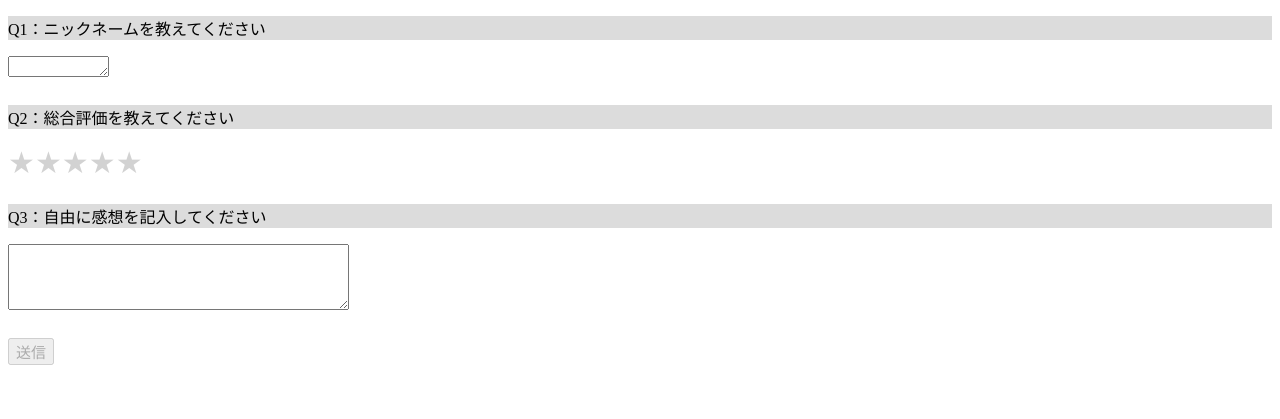
Repository: mikumiura/intern-chatbot
Page: templates/first-page.html
An editor plug-in stored every save of this project. The page is shown before and after the next save, followed by the edit.
The browser window is 1280 px wide. The pictures show the whole page.

Above is the page before, as saved 2022-08-25 07:58:29.

After the next save:
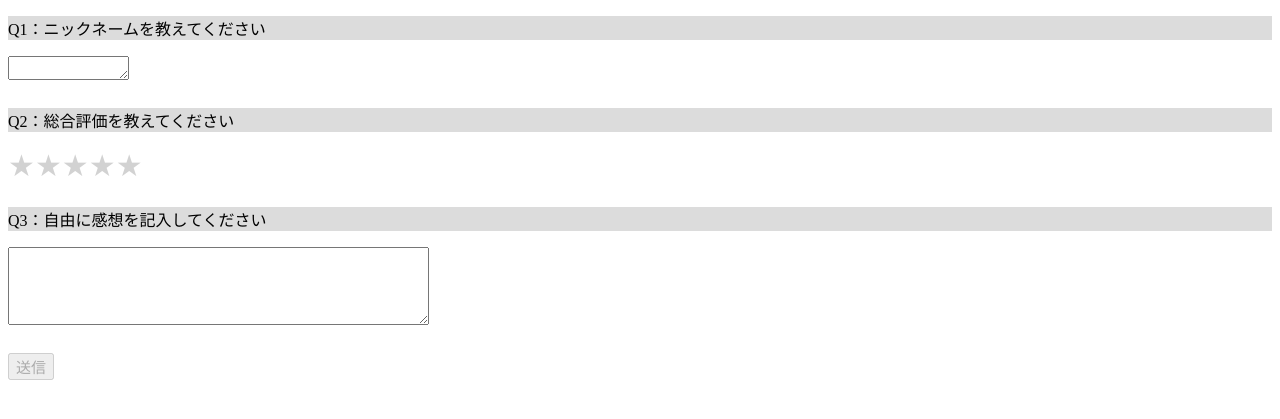
Saved 92 s later.
--- a/templates/first-page.html
+++ b/templates/first-page.html
@@ -17,7 +17,7 @@
         <div class="bottom-15em">
             <p class="bgc">Q1：ニックネームを教えてください</p>
             <div>
-                <textarea v-model="name" cols="10" rows="1"style="font-size: 17;"></textarea>
+                <textarea v-model="name" cols="10" rows="1"style="font-size: 16px;"></textarea>
             </div>
         </div>
 
@@ -35,7 +35,7 @@
         <div class="bottom-15em">
             <p class="bgc">Q3：自由に感想を記入してください</p>
             <div>
-                <textarea v-model="comment" cols="40" rows="4" style="font-size: 17;"></textarea> <!-- v-on:hogehoge（入力に関する処理の感知）でisActive()をtrueに -->
+                <textarea v-model="comment" cols="40" rows="4" style="font-size: 16px;"></textarea> <!-- v-on:hogehoge（入力に関する処理の感知）でisActive()をtrueに -->
             </div>
         </div>
 
